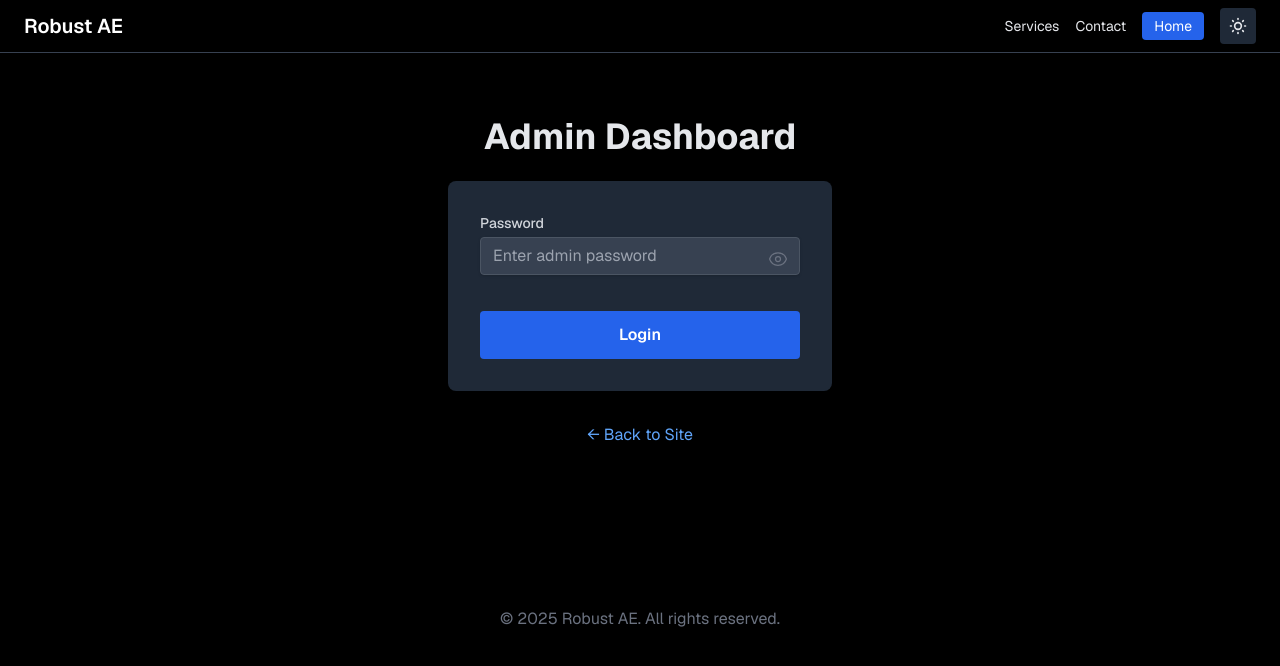
Repository: b0ase/robust-ae.com
Page: /admin
The author's editor kept a copy of each file at every save. The page is drawn from the files as they stood at one save, then again after the next save.
The browser window is 1280 px wide. The pictures show the whole page.
The project was rebuilt for these pictures with package versions that can differ from the ones it lists, and the page was loaded fresh each time. The framework's server and built-in components were replaced by stand-ins that run in the browser. Also part of the build but not shown: next.config.ts.

Above is the page before, as saved 2025-05-05 13:13:36.

After the next save:
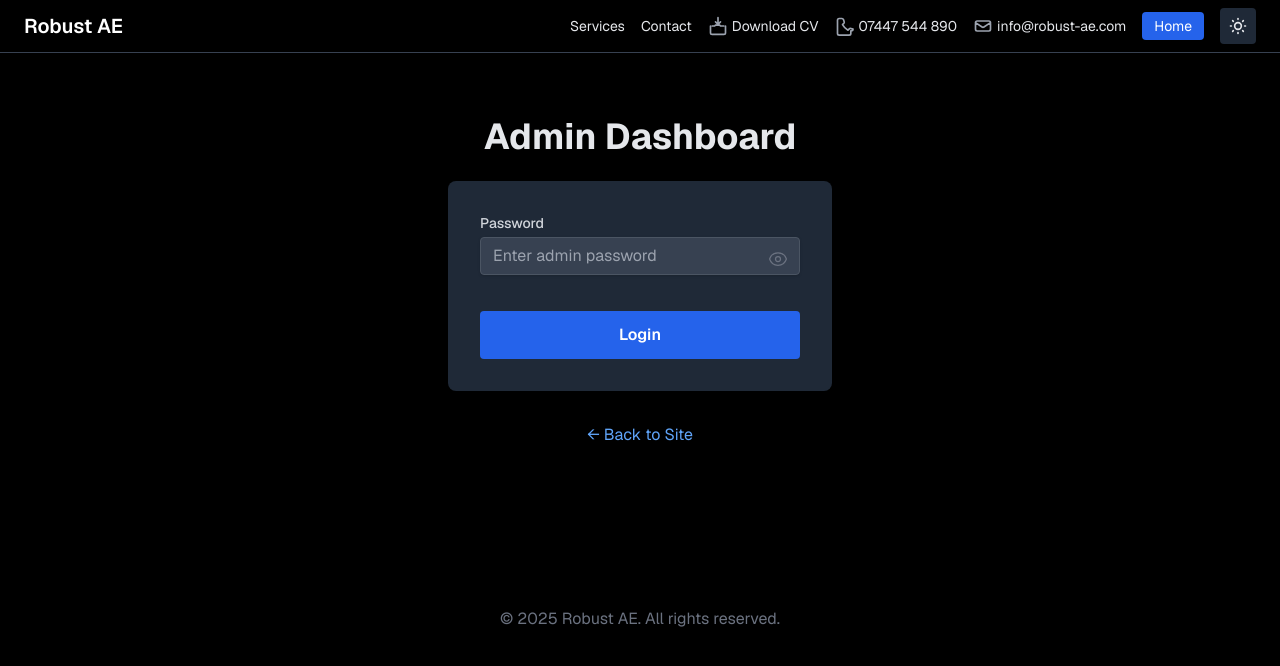
Saved 3 min 3 s later.
--- a/src/app/shared-layout.tsx
+++ b/src/app/shared-layout.tsx
@@ -39,6 +39,27 @@
             {/* Make nav links slightly smaller? text-sm */}
             <Link href="/newsite#services" className="text-sm hover:text-blue-600 dark:hover:text-blue-400">Services</Link>
             <Link href="/newsite#contact" className="text-sm hover:text-blue-600 dark:hover:text-blue-400">Contact</Link>
+            {/* Download CV link */}
+            <a href="/images/logos/George_Haworth_CV_23042025.pdf" download className="flex items-center text-sm hover:text-blue-600 dark:hover:text-blue-400">
+              <svg xmlns="http://www.w3.org/2000/svg" className="h-5 w-5 mr-1 text-gray-600 dark:text-gray-400" fill="none" viewBox="0 0 24 24" stroke="currentColor">
+                <path strokeLinecap="round" strokeLinejoin="round" strokeWidth={2} d="M12 2v8m0 0l-3-3m3 3l3-3M21 12v8a2 2 0 01-2 2H5a2 2 0 01-2-2v-8m16 0h-4l-1-1H9l-1 1H5" />
+              </svg>
+              <span>Download CV</span>
+            </a>
+            {/* Phone link */}
+            <a href="tel:07447544890" className="flex items-center text-sm hover:text-blue-600 dark:hover:text-blue-400">
+              <svg xmlns="http://www.w3.org/2000/svg" className="h-5 w-5 mr-1 text-gray-600 dark:text-gray-400" fill="none" viewBox="0 0 24 24" stroke="currentColor">
+                <path strokeLinecap="round" strokeLinejoin="round" strokeWidth={2} d="M3 5a2 2 0 012-2h3.28a2 2 0 011.89 1.316l.834 2.503a2 2 0 01-.45 2.005l-1.562 1.562a16.06 16.06 0 006.586 6.586l1.562-1.562a2 2 0 012.005-.45l2.503.834A2 2 0 0119 17.72V21a2 2 0 01-2 2H5a2 2 0 01-2-2v-3.28z" />
+              </svg>
+              <span>07447 544 890</span>
+            </a>
+            {/* Email link */}
+            <a href="mailto:info@robust-ae.com" className="flex items-center text-sm hover:text-blue-600 dark:hover:text-blue-400">
+              <svg xmlns="http://www.w3.org/2000/svg" className="h-5 w-5 mr-1 text-gray-600 dark:text-gray-400" fill="none" viewBox="0 0 24 24" stroke="currentColor">
+                <path strokeLinecap="round" strokeLinejoin="round" strokeWidth={2} d="M3 8l7.89 5.26a2 2 0 002.22 0L21 8m0 8a2 2 0 01-2 2H5a2 2 0 01-2-2V8a2 2 0 012-2h14a2 2 0 012 2v8z" />
+              </svg>
+              <span>info@robust-ae.com</span>
+            </a>
             {/* Make Home button slightly smaller? text-sm px-3 py-1 */}
             <Link href="/" className="bg-blue-600 text-white text-sm px-3 py-1 rounded hover:bg-blue-700">Home</Link>
             {/* Theme Toggle Button */}
